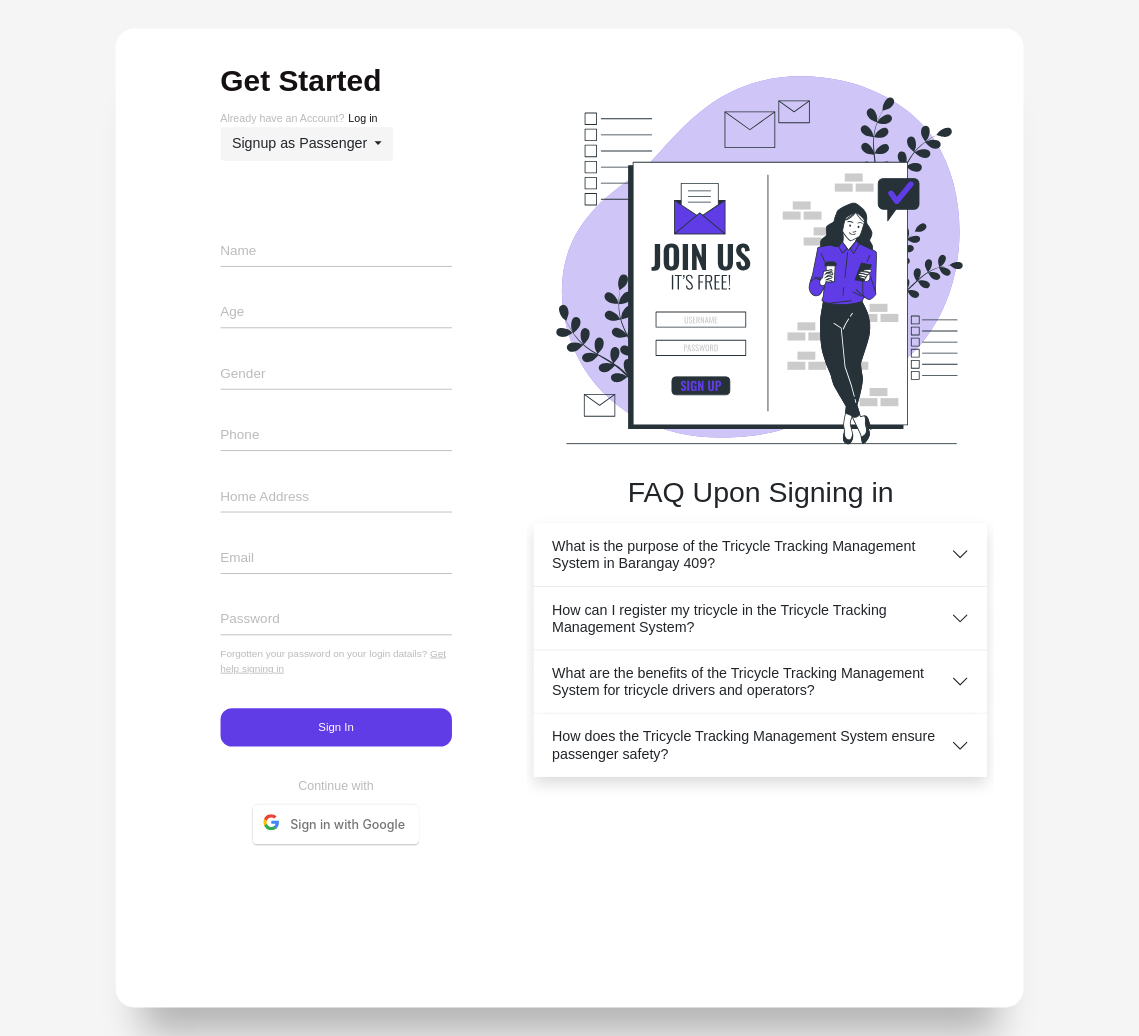
Repository: adrcstro/plate-to-place
Page: http://localhost/Loginsystem/Passenger.php
An editor plug-in stored every save of this project. The page is shown before and after the next save, followed by the edit.
The browser window is 1280 px wide. The pictures show the whole page, at 89% of full size.
Some web fonts or font styles are not loaded; a fallback is used. Some web libraries are served in a nearby version. The page is run by PHP 8.4 with error messages shown; the project is at /var/www/html/.

Above is the page before, as saved 2023-10-31 15:38:15.

After the next save:
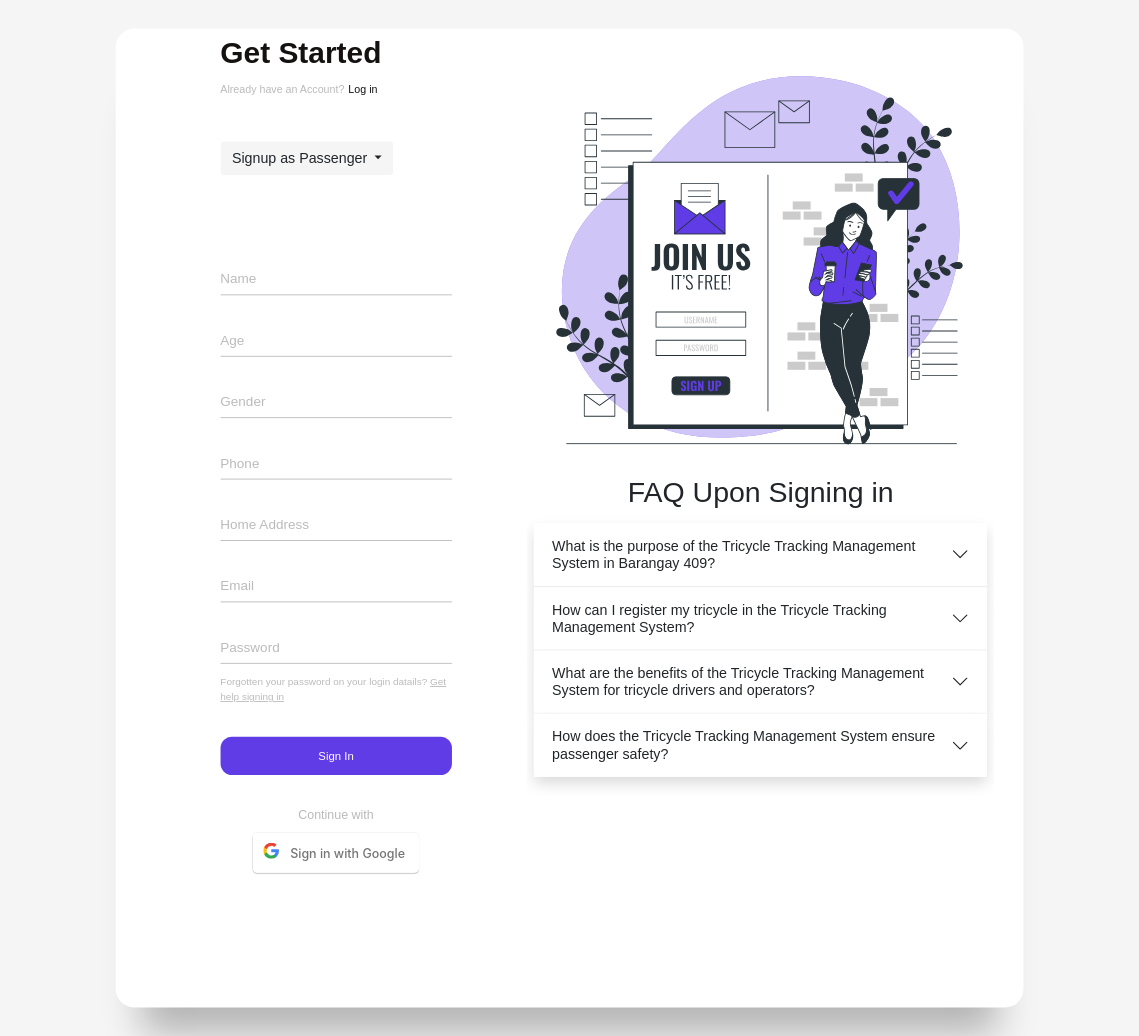
Saved 27 s later.
--- a/Loginsystem/passenger.css
+++ b/Loginsystem/passenger.css
@@ -370,7 +370,7 @@
   transition: 0.3s;
 }
 .dropdown{
-  margin-top: -5rem;
+ margin-bottom: 3rem;
 }
 .actual-form{
   margin-top: -6rem;

After the save that followed:
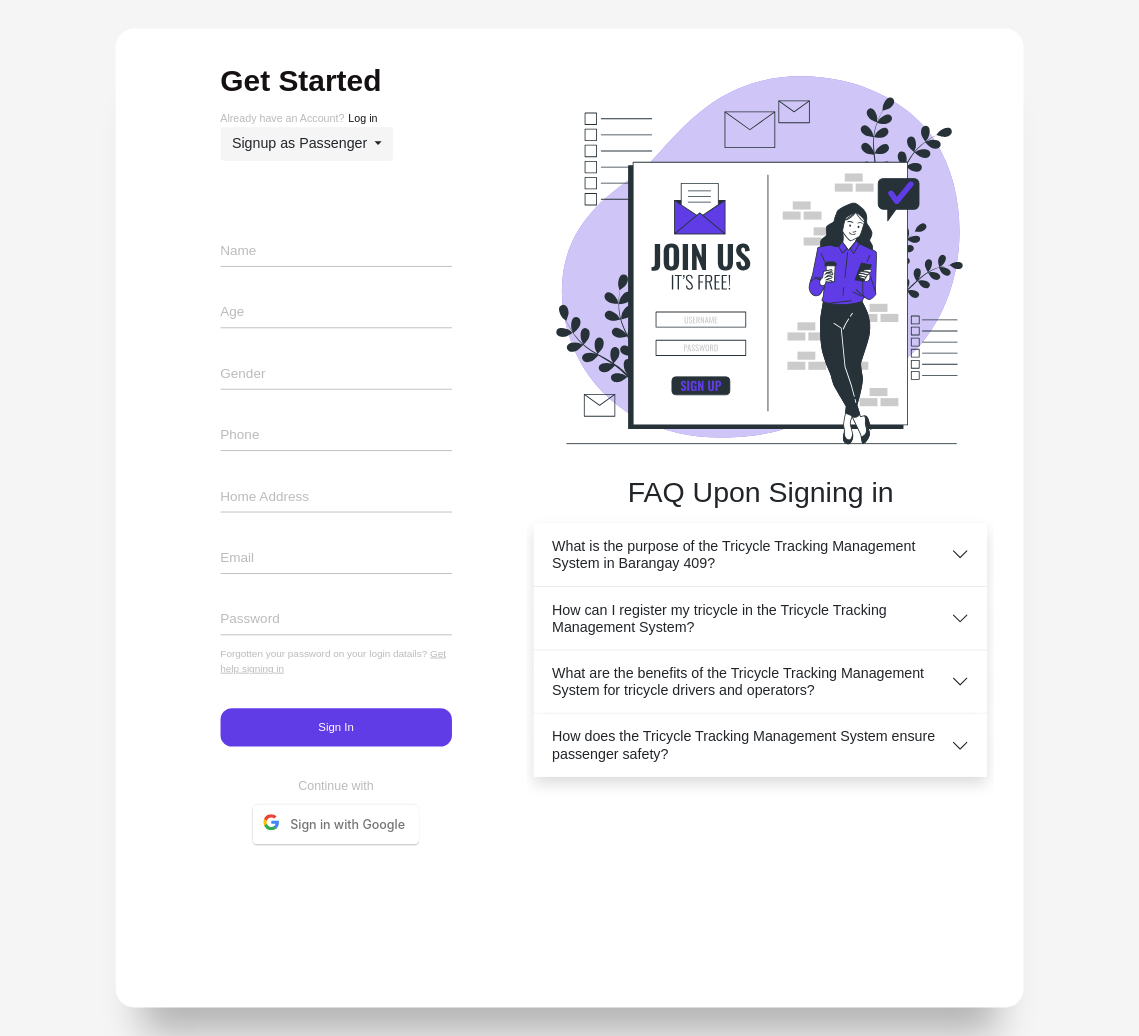
Saved 9 s later.
--- a/Loginsystem/passenger.css
+++ b/Loginsystem/passenger.css
@@ -370,7 +370,7 @@
   transition: 0.3s;
 }
 .dropdown{
- margin-bottom: 3rem;
+  margin-top: -5rem;
 }
 .actual-form{
   margin-top: -6rem;
